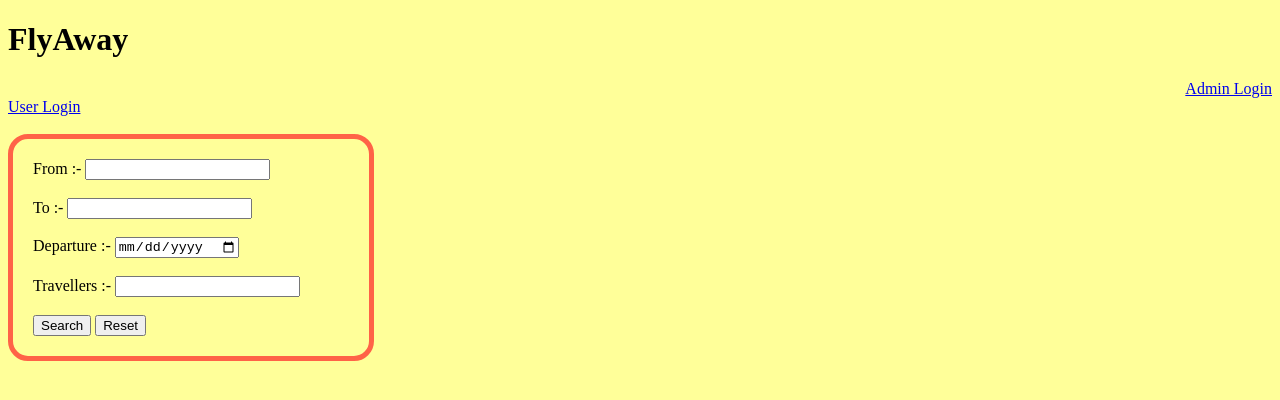
Repository: badrilogaram/Phase-two-project
Page: http://localhost/FlyAway-master/HomePage.jsp
These files come from the project's save history. The page is drawn as it stood at one moment and after the next save; the edit follows.
The browser window is 1280 px wide. The pictures show the whole page.
The page is served by Tomcat 9. Other server files are loaded and not shown.

Above is the page before, as saved 2021-05-27 22:45:58.

### FlyAway-master/src/main/webapp/HomePage.jsp
<%@ page language="java" contentType="text/html; charset=ISO-8859-1"
    pageEncoding="ISO-8859-1"%>
<%@ page import="java.util.*" %>
<!DOCTYPE html>
<html>
<head>
<meta charset="ISO-8859-1">
<title>FlyAway</title>
</head>
<body style="background-color:rgb(255,255,153)">
<h1>FlyAway</h1>

<div align="right">
<a href="AdminPage.jsp">Admin Login</a>
</div>

<%
	@SuppressWarnings("unchecked")
	HashMap<String,String> user=(HashMap<String,String>)session.getAttribute("user");
	if(user!=null){
%>
<p>Welcome <%=user.get("name") %></p>
<a href="Logout">Logout</a>
<%
	}else{
%>
<a href=UserPage.jsp>User Login</a>
<%
	}
%>
<br><br>
<div style="border:5px solid tomato;width:25%;border-radius:20px;padding:20px">
<form action=FlightList method=post>
	<label for=from>From :-</label> <input type=text name=from id=from/><br><br>
	<label for=to>To :-</label> <input type=text name=to id=to/><br><br>
	<label for=departure>Departure :-</label> <input type=date name=departure id=departure/><br><br>
	<label for=travellers>Travellers :-</label> <input type=number name=travellers id=travellers/><br><br>
	<input type=submit value=Search /> <input type=reset />
</form>
</div>
</body>
</html>

After the next save:
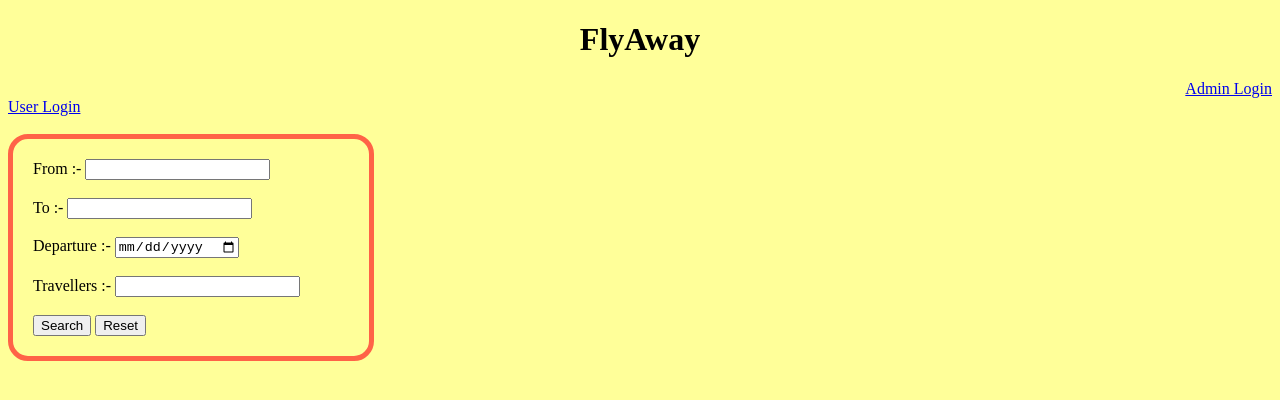
Saved 15 s later.
--- a/FlyAway-master/src/main/webapp/HomePage.jsp
+++ b/FlyAway-master/src/main/webapp/HomePage.jsp
@@ -8,7 +8,7 @@
 <title>FlyAway</title>
 </head>
 <body style="background-color:rgb(255,255,153)">
-<h1>FlyAway</h1>
+<h1><center>FlyAway</center></h1>
 
 <div align="right">
 <a href="AdminPage.jsp">Admin Login</a>
